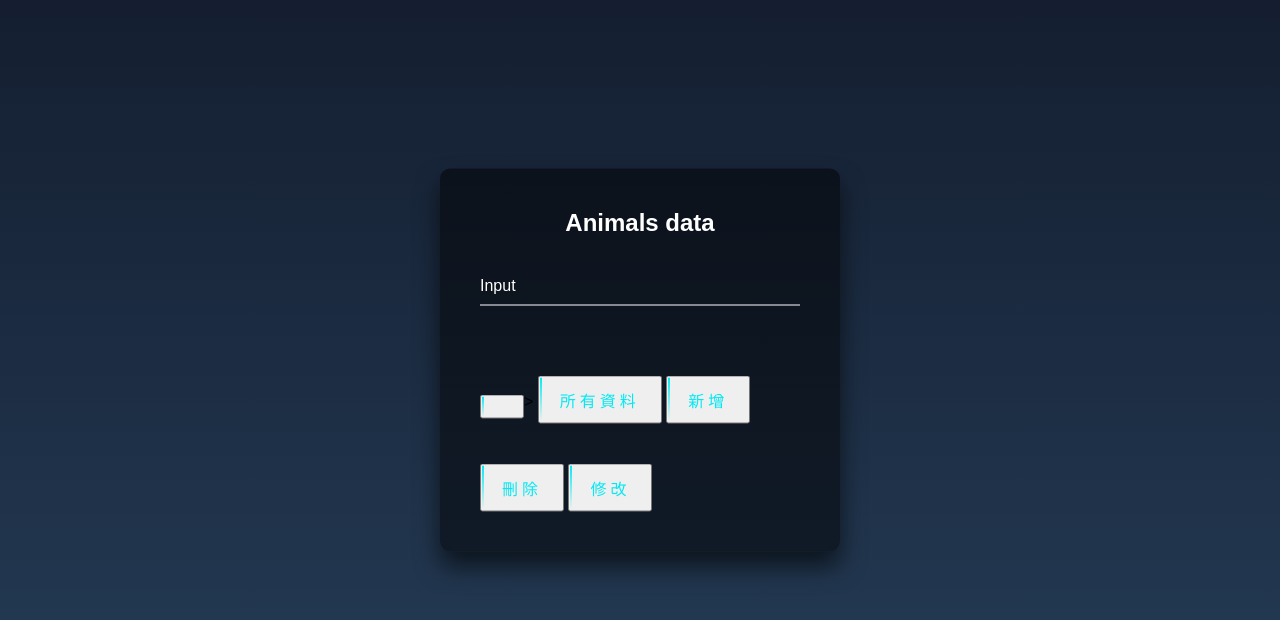
Repository: Ray917x/JaveEEforProject
Page: JSP/src/main/webapp/project/MainPageCSS.html
The author's editor kept a copy of each file at every save. The page is drawn from the files as they stood at one save, then again after the next save.
The browser window is 1280 px wide. The pictures show the whole page.

Above is the page before, as saved 2022-09-14 09:00:13.

### JSP/src/main/webapp/project/MainPageCSS.html
<!DOCTYPE html>
<html lang="en">

<head>
<meta charset="UTF-8">
<meta http-equiv="X-UA-Compatible" content="IE=edge">
<meta name="viewport" content="width=device-width, initial-scale=1.0">
<title>Document</title>
<style>
html {
	height: 100%;
}

body {
	margin: 0;
	padding: 0;
	font-family: sans-serif;
	background: linear-gradient(#141e30, #243b55);
}

.login-box {
	position: absolute;
	top: 50%;
	left: 50%;
	width: 400px;
	padding: 40px;
	transform: translate(-50%, -50%);
	background: rgba(0, 0, 0, .5);
	box-sizing: border-box;
	box-shadow: 0 15px 25px rgba(0, 0, 0, .6);
	border-radius: 10px;
}

.login-box h2 {
	margin: 0 0 30px;
	padding: 0;
	color: #fff;
	text-align: center;
}

.login-box .user-box {
	position: relative;
}

.login-box .user-box input {
	width: 100%;
	padding: 10px 0;
	font-size: 16px;
	color: #fff;
	margin-bottom: 30px;
	border: none;
	border-bottom: 1px solid #fff;
	outline: none;
	background: transparent;
}

.login-box .user-box label {
	position: absolute;
	top: 0;
	left: 0;
	padding: 10px 0;
	font-size: 16px;
	color: #fff;
	pointer-events: none;
	transition: .5s;
}

.login-box .user-box input:focus ~label, .login-box .user-box input:valid
	~label {
	top: -20px;
	left: 0;
	color: #03e9f4;
	font-size: 12px;
}


.login-box form .button {
	position: relative;
	display: inline-block;
	padding: 10px 20px;
	color: #03e9f4;
	font-size: 16px;
	text-decoration: none;
	text-transform: uppercase;
	overflow: hidden;
	transition: .5s;
	margin-top: 40px;
	letter-spacing: 4px
}

.login-box .button:hover {
	background: #03e9f4;
	color: #fff;
	border-radius: 5px;
	box-shadow: 0 0 5px #03e9f4, 0 0 25px #03e9f4, 0 0 50px #03e9f4, 0 0
		100px #03e9f4;
}

.login-box .button span {
	position: absolute;
	display: block;
}

.login-box .button span:nth-child(1) {
	top: 0;
	left: -100%;
	width: 100%;
	height: 2px;
	background: linear-gradient(90deg, transparent, #03e9f4);
	animation: btn-anim1 1s linear infinite;
	z-index:2;
}

 @keyframes btn-anim1 {
            0% {
                left: -100%;
            }

            50%,
            100% {
                left: 100%;
            }
        }

.login-box .button span:nth-child(2) {
	top: -100%;
	right: 0;
	width: 2px;
	height: 100%;
	background: linear-gradient(180deg, transparent, #03e9f4);
	animation: btn-anim2 1s linear infinite;
	animation-delay: .25s
	z-index:2;
}

 @keyframes btn-anim2 {
            0% {
                top: -100%;
            }

            50%,
            100% {
                top: 100%;
            }
        }

.login-box .button span:nth-child(3) {
	bottom: 0;
	right: -100%;
	width: 100%;
	height: 2px;
	background: linear-gradient(270deg, transparent, #03e9f4);
	animation: btn-anim3 1s linear infinite;
	animation-delay: .5s
}

 @keyframes btn-anim3 {
            0% {
                right: -100%;
            }

            50%,
            100% {
                right: 100%;
            }
        }

.login-box .button span:nth-child(4) {
	bottom: -100%;
	left: 0;
	width: 2px;
	height: 100%;
	background: linear-gradient(360deg, transparent, #03e9f4);
	animation: btn-anim4 1s linear infinite;
	animation-delay: .75s
}

 @keyframes btn-anim4 {
            0% {
                bottom: -100%;
            }

            50%,
            100% {
                bottom: 100%;
            }
        }

</style>
</head>

<body>
	<div class="login-box">
		<h2>Animals data</h2>
		<form method="post" action="/JSP/AnimalGetJSTL">
			<div class="user-box">
				<input type="text" name="animal_id" required> <label>Input</label>
			</div>

			<button  class="button" value="ID搜尋">
			<span></span>
			<span></span>
			<span></span>
			<span></span>  </button>>

			<button class="button" formaction="/JSP/AnimalGetAllJSTL">
			<span></span>
			<span></span>
			<span></span>
			<span></span> 所有資料</button>

			<button class="button" formaction="AnimalCreate.html">
			<span></span>
			<span></span>
			<span></span>
			<span></span> 新增</button>

			<button class="button" formaction="/JSP/AnimalDelete">
			<span></span>
			<span></span>
			<span></span>
			<span></span> 刪除</button>

			<button class="button" formaction="/JSP/AnimalGetUpdateJSTL">
			<span></span>
			<span></span>
			<span></span>
			<span></span> 修改</button>
		</form>
	</div>
</body>

</html>

After the next save:
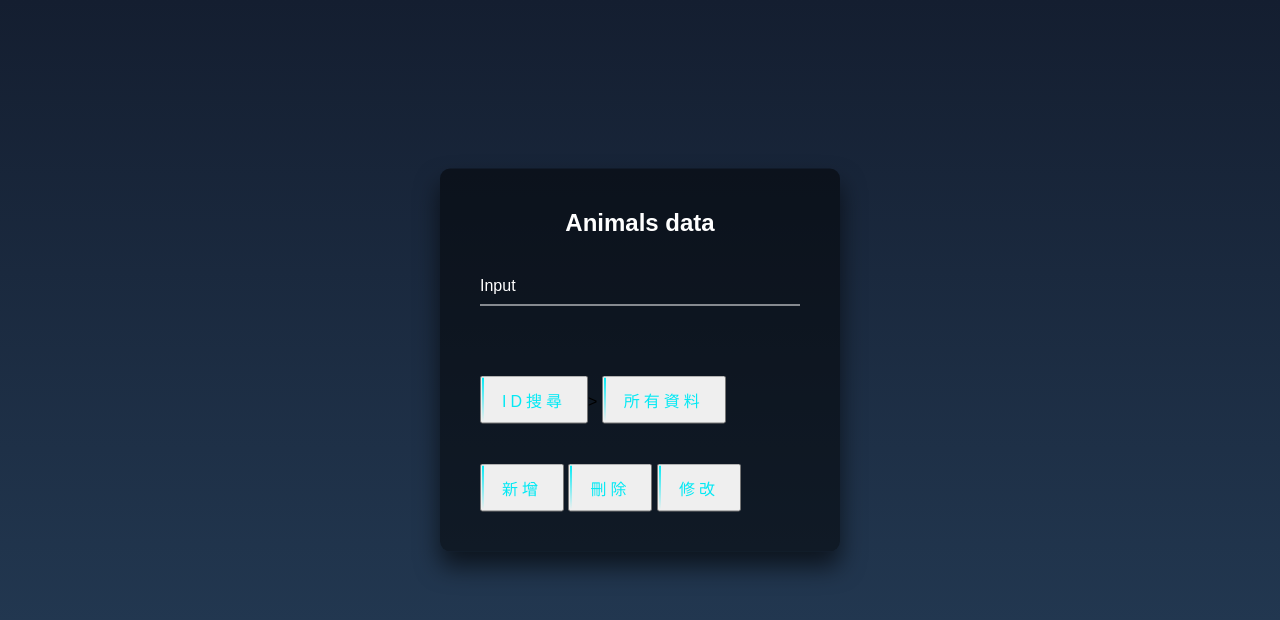
Saved 36 s later.
--- a/JSP/src/main/webapp/project/MainPageCSS.html
+++ b/JSP/src/main/webapp/project/MainPageCSS.html
@@ -197,11 +197,11 @@ body {
 				<input type="text" name="animal_id" required> <label>Input</label>
 			</div>
 
-			<button  class="button" value="ID搜尋">
-			<span></span>
-			<span></span>
-			<span></span>
-			<span></span>  </button>>
+			<button  class="button" >
+			<span></span>
+			<span></span>
+			<span></span>
+			<span></span> ID搜尋 </button>>
 
 			<button class="button" formaction="/JSP/AnimalGetAllJSTL">
 			<span></span>
